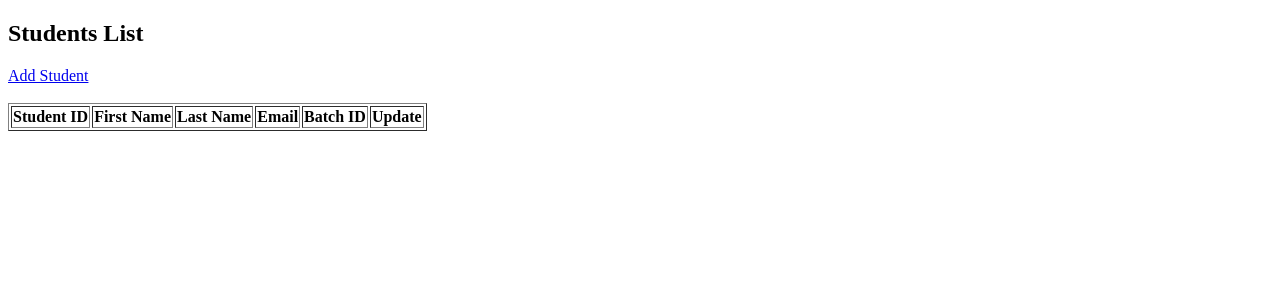
Repository: thomaschuajk/pgfsd_phase2project
Page: http://localhost/ZumbaRegApp/studentslist
These files come from the project's save history. The page is drawn as it stood at one moment and after the next save; the edit follows.
The browser window is 1280 px wide. The pictures show the whole page.
The page is served by Tomcat 10. Queries for data that is not in the repository find no rows.

Above is the page before, as saved 2024-03-15 22:34:10.

After the next save:
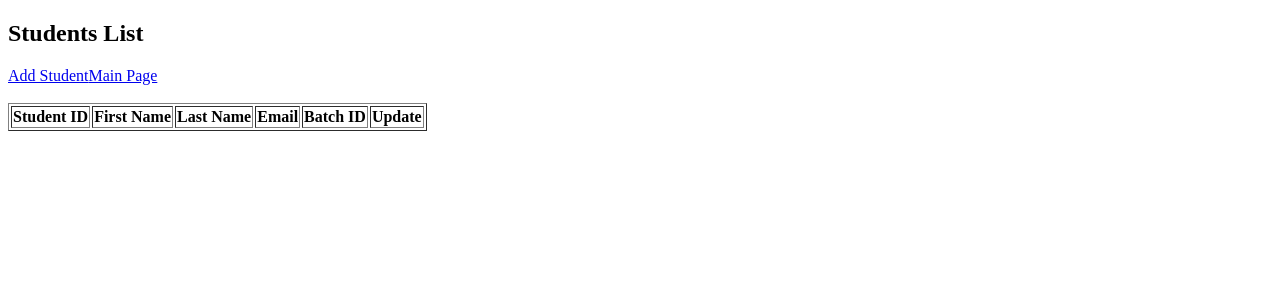
Saved 6 min 54 s later.
--- a/ZumbaRegApp/src/main/webapp/studentsList2.jsp
+++ b/ZumbaRegApp/src/main/webapp/studentsList2.jsp
@@ -37,6 +37,7 @@
 		                </tr>
 		     </c:forEach>
 		     <a href="studentform">Add Student</a>
+		     <a href="/">Main Page</a>
 		     <br><br>
 
 		</tbody>
